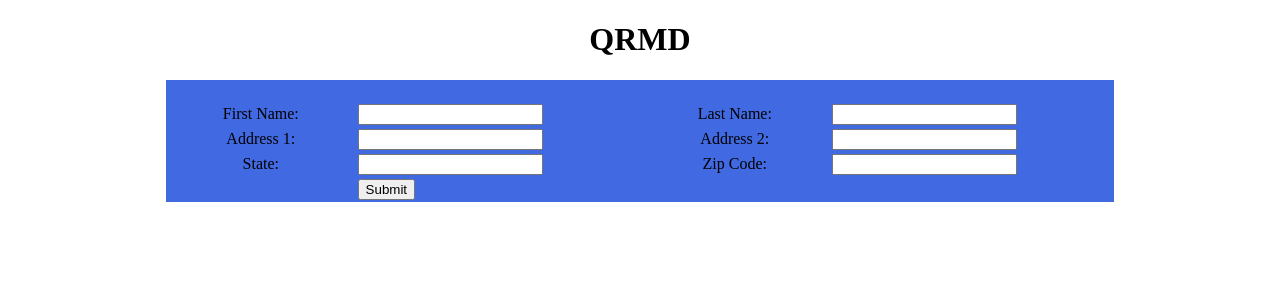
Repository: ImPickleRiiicck/QRMD
Page: http://localhost/QRMD/Pages/PatientInfoScreen.jsp
The author's editor kept a copy of each file at every save. The page is drawn from the files as they stood at one save, then again after the next save.
The browser window is 1280 px wide. The pictures show the whole page.
The page is served by Tomcat 9. Other server files are loaded and not shown.

Above is the page before, as saved 2019-02-12 21:24:55.

### QRMD/WebContent/Pages/PatientInfoScreen.jsp
<%@ page language="java" contentType="text/html; charset=ISO-8859-1"
    pageEncoding="ISO-8859-1"%>
<!DOCTYPE html>
<html>
<head>
<meta charset="ISO-8859-1">
<title>QRMD</title>
</head>
<style>
    p
    {
        color: black;
    }
</style>
            <body>
                <font color="black" size="3">
                    <div align="center">
                        <h1>QRMD</h1>
                            <table style="background-color: royalblue" align="center" width="75%" border="0" cellspacing="0" cellpadding="2">
                                <tr>
                                    <td width="20%">&nbsp;</td>
                                    <td width="30%">&nbsp;</td>
                                    <td width="20%">&nbsp;</td>
                                    <td width="30%">&nbsp;</td>
                                </tr>
                                <tr>
                                    <td align="center">First Name: </td>
                                    <td><input type="text" name="patientName"></td>
                                    <td align="center">Last Name: </td>
                                    <td><input type="text" name="lastName"></td>
                                </tr>
                                <tr>
                                    <td align="center">Address 1: </td>
                                    <td><input type="text" name="address1"></td>
                                    <td align="center">Address 2: </td>
                                    <td><input type="text" name="address2"></td>
                                </tr>
                                <tr>
                                    <td align="center">State: </td>
                                    <td><input type="text" name="state"></td>
                                    <td align="center">Zip Code: </td>
                                    <td><input type="text" name="zipCode"></td>
                                </tr>
                                <tr>
                                    <td>&nbsp;</td>
                                    <td><input type="submit" name="submit" value="Submit" onClick=></td>
                                    <td>&nbsp;</td>
                                    <td>&nbsp;</td>
                                </tr>
                        </div>
                </font>
            </body>
</html>

After the next save:
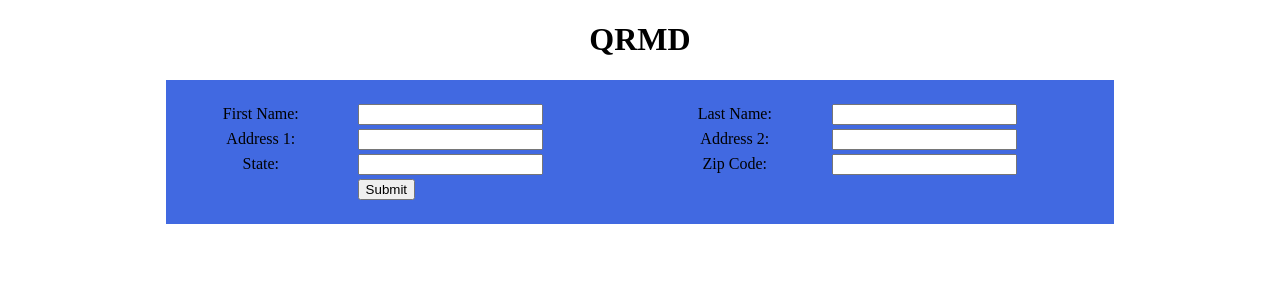
Saved 37 s later.
--- a/QRMD/WebContent/Pages/PatientInfoScreen.jsp
+++ b/QRMD/WebContent/Pages/PatientInfoScreen.jsp
@@ -47,6 +47,10 @@
                                     <td>&nbsp;</td>
                                     <td>&nbsp;</td>
                                 </tr>
+                                <tr>
+                                    <td>&nbsp;</td>
+                                    <td>&nbsp;</td>
+                                </tr>
                         </div>
                 </font>
             </body>
